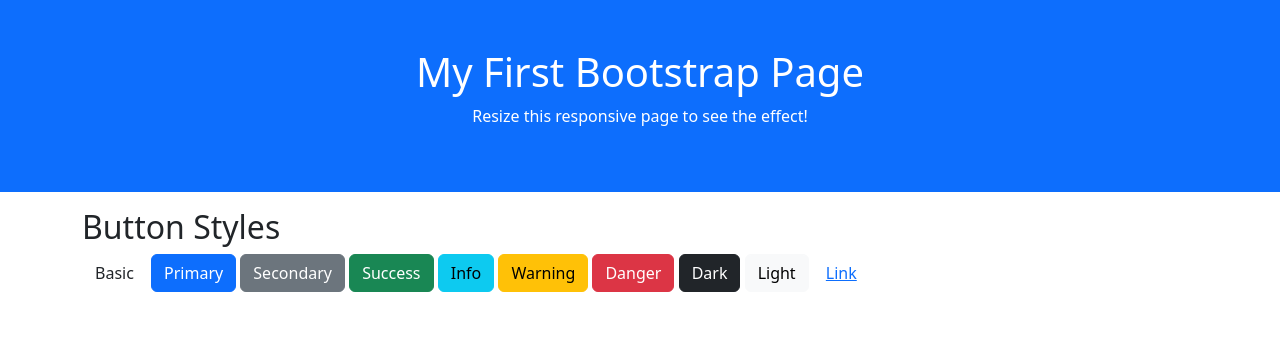
Repository: fess136/SFI
Page: config/apl/templates/bootstrap.html
An editor plug-in stored every save of this project. The page is shown before and after the next save, followed by the edit.
The browser window is 1280 px wide. The pictures show the whole page.
The template is drawn by Django 5.2. The application's start-up code is not run. Other server files are loaded and not shown. The template is opened directly, without the code that normally fills it, so the values that code supplies are empty.

Above is the page before, as saved 2024-06-19 10:28:51.

### config/apl/templates/bootstrap.html
{% load static %}

<!DOCTYPE html>
<html lang="en">
<head>
    <meta charset="UTF-8">
    <meta name="viewport" content="width=device-width, initial-scale=1.0">
    <link href="https://cdn.jsdelivr.net/npm/bootstrap@5.3.3/dist/css/bootstrap.min.css" rel="stylesheet">
    <script src="https://cdn.jsdelivr.net/npm/bootstrap@5.3.3/dist/js/bootstrap.bundle.min.js"></script>

    <title>vista1</title>
</head>
<body>

    <div class="container-fluid p-5 bg-primary text-white text-center">
        <h1>My First Bootstrap Page</h1>
        <p>Resize this responsive page to see the effect!</p>

    </div>
    <div class="container mt-3">
        <h2>Button Styles</h2>
        <button type="button" class="btn">Basic</button>
        <button type="button" class="btn btn-primary">Primary</button>
        <button type="button" class="btn btn-secondary">Secondary</button>
        <button type="button" class="btn btn-success">Success</button>
        <button type="button" class="btn btn-info">Info</button>
        <button type="button" class="btn btn-warning">Warning</button>
        <button type="button" class="btn btn-danger">Danger</button>
        <button type="button" class="btn btn-dark">Dark</button>
        <button type="button" class="btn btn-light">Light</button>
        <button type="button" class="btn btn-link">Link</button>
    </div>

</body>
</html>

After the next save:
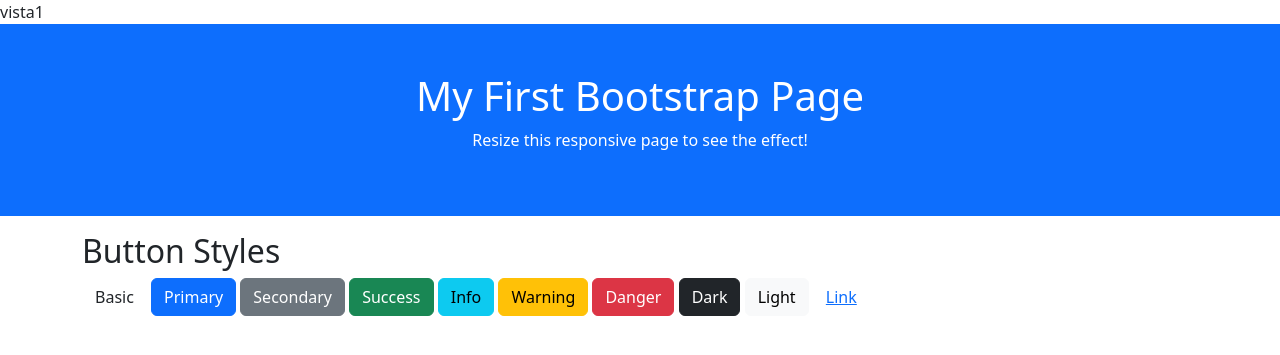
Saved 2 min 11 s later.
--- a/config/apl/templates/bootstrap.html
+++ b/config/apl/templates/bootstrap.html
@@ -7,7 +7,7 @@
     <meta name="viewport" content="width=device-width, initial-scale=1.0">
     <link href="https://cdn.jsdelivr.net/npm/bootstrap@5.3.3/dist/css/bootstrap.min.css" rel="stylesheet">
     <script src="https://cdn.jsdelivr.net/npm/bootstrap@5.3.3/dist/js/bootstrap.bundle.min.js"></script>
-
+    <link href ="https://cdn.jsdelivr.net/npm/bootstrap"
     <title>vista1</title>
 </head>
 <body>

After the save that followed:
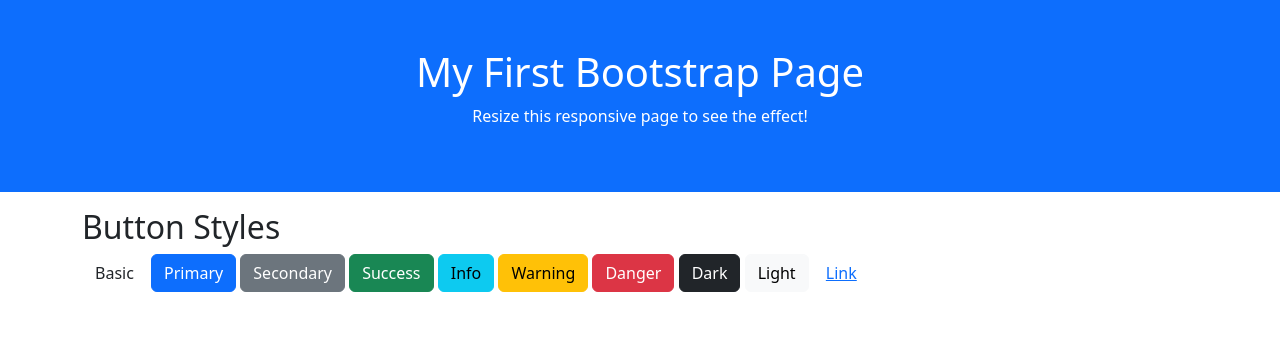
Saved 50 s later.
--- a/config/apl/templates/bootstrap.html
+++ b/config/apl/templates/bootstrap.html
@@ -7,7 +7,7 @@
     <meta name="viewport" content="width=device-width, initial-scale=1.0">
     <link href="https://cdn.jsdelivr.net/npm/bootstrap@5.3.3/dist/css/bootstrap.min.css" rel="stylesheet">
     <script src="https://cdn.jsdelivr.net/npm/bootstrap@5.3.3/dist/js/bootstrap.bundle.min.js"></script>
-    <link href ="https://cdn.jsdelivr.net/npm/bootstrap"
+
     <title>vista1</title>
 </head>
 <body>
